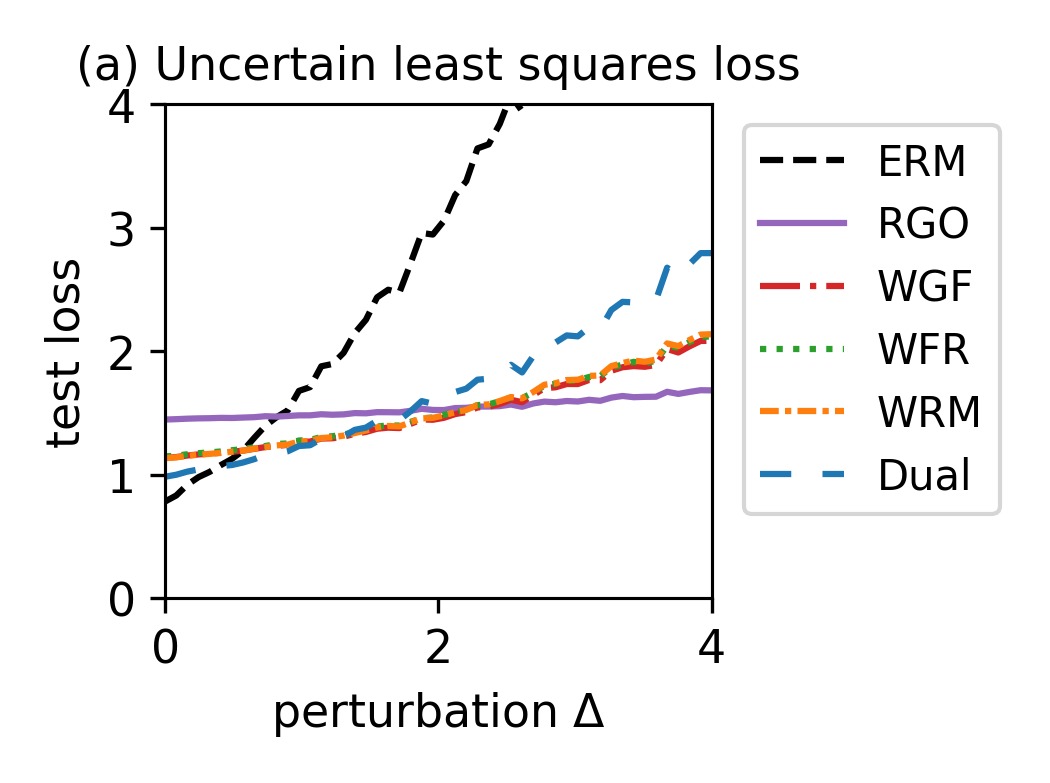
Repository: ZusenXu/GFS-DRO
Script's output: python uncertain_least_squares/uncertain_least_squares.py
The author's editor kept a copy of each file at every save. The script's output is drawn from the files as they stood at one save, then again after the next save.
Random numbers start from a fixed seed.

Above is the script's output before, as saved 2025-09-13 21:12:18.

### uncertain_least_squares/uncertain_least_squares.py
import numpy as np
import matplotlib.pyplot as plt
from scipy.optimize import minimize
from scipy.special import logsumexp

# --- 1. 实验设置与参数定义 ---
# 定义问题的维度
DIM_M = 10  # 矩阵 A 的行数
DIM_N = 10  # 矩阵 A 的列数 (theta 的维度)

# 定义训练/测试样本数量
N_TRAIN_SAMPLES = 10
N_TEST_SAMPLES = 1000

# 定义分布偏移的扰动范围
DELTA_MIN = 0.0
DELTA_MAX = 4.0
DELTA_STEPS = 50

# --- DRO 算法超参数 ---
N_EPOCHS = 50 # 外部优化的迭代轮数
LEARNING_RATE = 0.01 # 外部优化 theta 的学习率
LAMBDA_VAL = 1.0 # 正则化参数 lambda
EPSILON = 0.1 # 熵正则化参数 epsilon
GRAD_CLIP_THRESHOLD = 10.0 # 梯度裁剪阈值，防止梯度爆炸

# RGO (算法2) 特定参数
RGO_SMOOTHNESS_L = 0.5 # 假设的损失函数平滑度 L (需满足 LAMBDA_VAL > L/2)

# WGF (算法3), WFR (算法4), WRM 特定参数
K_INNER_STEPS = 10  # 内部循环迭代次数 K (现在作为基准次数)
INNER_STEP_SIZE = 0.01 # 内部循环步长 eta

# WFR (算法4) 特定参数
M_PARTICLES = 5 # WFR 使用的粒子(样本)数量
WFR_WEIGHT_STEP_SIZE = 0.08 # WFR 权重更新步长 tau

# Dual 方法特定参数
SINKHORN_SAMPLE_LEVEL = 4 # Dual 方法的蒙特卡洛采样级别

# --- 2. 生成固定的问题实例 ---
np.random.seed(42)
A0 = np.random.randn(DIM_M, DIM_N)
A1 = np.random.randn(DIM_M, DIM_N)
b = np.random.randn(DIM_M)

# --- 3. 数据生成函数 ---
def generate_training_data(n_samples):
    return np.random.uniform(-0.5, 0.5, n_samples)

def generate_test_data(n_samples, delta):
    lower_bound = -0.5 * (1 + delta)
    upper_bound = 0.5 * (1 + delta)
    return np.random.uniform(lower_bound, upper_bound, n_samples)

# --- 4. 核心函数定义 ---
def loss_function(theta, z):
    """ 计算单个样本 z 的损失 f_theta(z) """
    A_z = A0 + z * A1
    residual = A_z @ theta - b
    return np.sum(residual**2)/DIM_M

def loss_grad_theta(theta, z):
    """ 计算损失函数关于 theta 的梯度 nabla_theta f_theta(z) """
    A_z = A0 + z * A1
    residual = A_z @ theta - b
    return 2 * A_z.T @ residual

def loss_grad_z(theta, z):
    """ 计算损失函数关于 z 的梯度 nabla_z f_theta(z) """
    residual = (A0 + z * A1) @ theta - b
    grad_A_z = A1 @ theta
    return 2 * residual.T @ grad_A_z

# --- 5. ERM (经验风险最小化) 实现 ---
def erm_objective_function(theta, xi_samples):
    """ 计算 ERM 的目标函数值（平均损失）"""
    total_loss = np.mean([loss_function(theta, xi) for xi in xi_samples])
    return total_loss

def solve_erm(xi_train_samples):
    """ 使用优化器求解 ERM 问题 """
    initial_theta = np.zeros(DIM_N)
    result = minimize(
        erm_objective_function, initial_theta, args=(xi_train_samples,), method='BFGS')
    if not result.success:
        print("警告: ERM 优化过程可能未收敛。")
    return result.x

# --- 6. RGO (算法2) 实现 ---
def solve_rgo(xi_train_samples):
    """ 使用 RGO 算法求解 Sinkhorn DRO """
    theta = np.zeros(DIM_N)

    def rgo_inner_objective(z, xi, current_theta):
        l = loss_function(current_theta, z)
        penalty = np.sum((z - xi)**2)
        return -l / (LAMBDA_VAL * EPSILON) + penalty / EPSILON

    def rgo_inner_objective_grad_z(z, xi, current_theta):
        grad_l_z = loss_grad_z(current_theta, z)
        grad_penalty = 2 * (z - xi)
        return -grad_l_z / (LAMBDA_VAL * EPSILON) + grad_penalty / EPSILON

    for epoch in range(N_EPOCHS):
        grad_accumulator = np.zeros_like(theta)
        for xi in xi_train_samples:
            # Stage 1: 使用梯度下降寻找 z*
            steps = int(max(5, K_INNER_STEPS * (epoch + 1) / N_EPOCHS))
            z_k = xi # 初始化
            for _ in range(steps):
                grad = rgo_inner_objective_grad_z(z_k, xi, theta)
                z_k -= INNER_STEP_SIZE * grad
            z_star = z_k

            # Stage 2: 拒绝采样
            accepted = False
            while not accepted:
                variance = (LAMBDA_VAL * EPSILON) / (2 * LAMBDA_VAL - RGO_SMOOTHNESS_L)
                if variance <= 0: variance = 1e-6
                z_candidate = np.random.normal(z_star, np.sqrt(variance))
                f_val_candidate = rgo_inner_objective(z_candidate, xi, theta)
                f_val_star = rgo_inner_objective(z_star, xi, theta)
                log_accept_prob = -f_val_candidate + f_val_star - ((np.sum((z_candidate - z_star)**2)) / (2*variance))
                if np.log(np.random.rand()) < log_accept_prob:
                    accepted_sample = z_candidate
                    accepted = True
            grad_accumulator += loss_grad_theta(theta, accepted_sample)

        avg_grad = grad_accumulator / len(xi_train_samples)
        grad_norm = np.linalg.norm(avg_grad)
        if grad_norm > GRAD_CLIP_THRESHOLD:
            avg_grad = avg_grad * GRAD_CLIP_THRESHOLD / grad_norm
        theta -= LEARNING_RATE * avg_grad

    return theta

# --- 7. Wasserstein Gradient Flow (WGF) 实现 (基于算法3) ---
def solve_wgf(xi_train_samples):
    """ 使用 Wasserstein Gradient Flow (WGF) 求解 Sinkhorn DRO """
    theta = np.zeros(DIM_N)

    def f_bar_grad_z(z, xi, current_theta):
        grad_f = loss_grad_z(current_theta, z)
        return grad_f - 2 * LAMBDA_VAL * (z - xi)

    for epoch in range(N_EPOCHS):
        grad_accumulator = np.zeros_like(theta)
        for xi in xi_train_samples:
            z_k = xi
            steps = int(max(5, K_INNER_STEPS * (epoch + 1) / N_EPOCHS))
            for _ in range(steps):
                noise = np.random.normal(0, 1)
                grad = f_bar_grad_z(z_k, xi, theta)
                z_k += INNER_STEP_SIZE * grad + np.sqrt(2 * INNER_STEP_SIZE * LAMBDA_VAL * EPSILON) * noise
            grad_accumulator += loss_grad_theta(theta, z_k)

        avg_grad = grad_accumulator / len(xi_train_samples)
        grad_norm = np.linalg.norm(avg_grad)
        if grad_norm > GRAD_CLIP_THRESHOLD:
            avg_grad = avg_grad * GRAD_CLIP_THRESHOLD / grad_norm
        theta -= LEARNING_RATE * avg_grad

    return theta

# --- 8. WFR Flow (算法4) 实现 ---
def solve_wfr(xi_train_samples):
    """ 使用 WFR Flow 求解 Sinkhorn DRO """
    theta = np.zeros(DIM_N)

    def f_bar(z, xi, current_theta):
         return loss_function(current_theta, z) - LAMBDA_VAL * np.sum((z-xi)**2)

    def f_bar_grad_z(z, xi, current_theta):
        grad_f = loss_grad_z(current_theta, z)
        return grad_f - 2 * LAMBDA_VAL * (z - xi)

    for epoch in range(N_EPOCHS):
        grad_accumulator = np.zeros_like(theta)
        for xi in xi_train_samples:
            particles = np.full(M_PARTICLES, xi)
            weights = np.full(M_PARTICLES, 1.0 / M_PARTICLES)

            steps = int(max(5, K_INNER_STEPS * (epoch + 1) / N_EPOCHS))
            for _ in range(steps):
                for i in range(M_PARTICLES):
                    noise = np.random.normal(0, 1)
                    grad = f_bar_grad_z(particles[i], xi, theta)
                    particles[i] += INNER_STEP_SIZE * grad + np.sqrt(2 * INNER_STEP_SIZE * LAMBDA_VAL * EPSILON) * noise
                    f_bar_val = f_bar(particles[i], xi, theta)
                    weights[i] = (weights[i]**(1 - LAMBDA_VAL * EPSILON * WFR_WEIGHT_STEP_SIZE)) * np.exp(WFR_WEIGHT_STEP_SIZE * f_bar_val)

                sum_weights = np.sum(weights)
                if sum_weights > 1e-8: weights /= sum_weights
                else: weights = np.full(M_PARTICLES, 1.0 / M_PARTICLES)

            weighted_grad = np.sum([w * loss_grad_theta(theta, z) for w, z in zip(weights, particles)], axis=0)
            grad_accumulator += weighted_grad

        avg_grad = grad_accumulator / len(xi_train_samples)
        grad_norm = np.linalg.norm(avg_grad)
        if grad_norm > GRAD_CLIP_THRESHOLD:
            avg_grad = avg_grad * GRAD_CLIP_THRESHOLD / grad_norm
        theta -= LEARNING_RATE * avg_grad

    return theta

# --- 9. WRM (Wasserstein Robust Method) 实现 ---
def solve_wrm(xi_train_samples):
    """ 使用 WRM (确定性内部优化) 求解 """
    theta = np.zeros(DIM_N)

    def f_bar_grad_z(z, xi, current_theta):
        grad_f = loss_grad_z(current_theta, z)
        return grad_f - 2 * LAMBDA_VAL * (z - xi)

    for epoch in range(N_EPOCHS):
        grad_accumulator = np.zeros_like(theta)
        for xi in xi_train_samples:
            z_k = xi
            steps = int(max(5, K_INNER_STEPS * (epoch + 1) / N_EPOCHS))
            for _ in range(steps):
                grad = f_bar_grad_z(z_k, xi, theta)
                z_k += INNER_STEP_SIZE * grad

            grad_accumulator += loss_grad_theta(theta, z_k)

        avg_grad = grad_accumulator / len(xi_train_samples)
        grad_norm = np.linalg.norm(avg_grad)
        if grad_norm > GRAD_CLIP_THRESHOLD:
            avg_grad = avg_grad * GRAD_CLIP_THRESHOLD / grad_norm
        theta -= LEARNING_RATE * avg_grad

    return theta

# --- 10. Dual Method (对偶方法) 实现 ---
def solve_dual(xi_train_samples):
    """ 使用对偶方法求解 Sinkhorn DRO """
    theta = np.zeros(DIM_N)

    levels = np.arange(SINKHORN_SAMPLE_LEVEL + 1)
    numerators = 2.0**(-levels)
    denominator = 2.0 - 2.0**(-SINKHORN_SAMPLE_LEVEL)
    probabilities = numerators / denominator

    for _ in range(N_EPOCHS):
        grad_accumulator = np.zeros_like(theta)
        for xi in xi_train_samples:
            sampled_level = np.random.choice(levels, p=probabilities)
            m = 2**sampled_level
            noise = np.random.randn(m) * np.sqrt(EPSILON)
            z_samples = xi + noise
            v = np.array([loss_function(theta, z) for z in z_samples]) / (LAMBDA_VAL * EPSILON)
            weights = np.exp(v - np.max(v))
            weights /= np.sum(weights)
            grads_per_sample = np.array([loss_grad_theta(theta, z) for z in z_samples])
            weighted_grad = np.sum(weights[:, np.newaxis] * grads_per_sample, axis=0)
            grad_accumulator += weighted_grad

        avg_grad = grad_accumulator / len(xi_train_samples)
        grad_norm = np.linalg.norm(avg_grad)
        if grad_norm > GRAD_CLIP_THRESHOLD:
            avg_grad = avg_grad * GRAD_CLIP_THRESHOLD / grad_norm
        theta -= LEARNING_RATE * avg_grad

    return theta

# --- 11. 实验执行与评估 ---
def run_experiment():
    """ 执行完整的实验流程 """
    xi_train = generate_training_data(N_TRAIN_SAMPLES)

    print("正在求解 ERM 模型...")
    theta_erm = solve_erm(xi_train)
    print("正在求解 RGO 模型...")
    theta_rgo = solve_rgo(xi_train)
    print("正在求解 WGF 模型...")
    theta_wgf = solve_wgf(xi_train)
    print("正在求解 WFR 模型...")
    theta_wfr = solve_wfr(xi_train)
    print("正在求解 WRM 模型...")
    theta_wrm = solve_wrm(xi_train)
    print("正在求解 Dual 模型...")
    theta_dual = solve_dual(xi_train)
    print("所有模型求解完成。")

    delta_values = np.linspace(DELTA_MIN, DELTA_MAX, DELTA_STEPS)
    results = {'ERM': [], 'RGO': [], 'WGF': [], 'WFR': [], 'WRM': [], 'Dual': []}
    models = {
        'ERM': theta_erm, 'RGO': theta_rgo, 'WGF': theta_wgf,
        'WFR': theta_wfr, 'WRM': theta_wrm, 'Dual': theta_dual
    }

    print("正在评估所有模型...")
    for delta in delta_values:
        xi_test = generate_test_data(N_TEST_SAMPLES, delta)
        for name, theta in models.items():
            test_loss = erm_objective_function(theta, xi_test)
            results[name].append(test_loss)

    print("评估完成。")
    return delta_values, results

# --- 12. 结果可视化 ---
def plot_results(delta_values, results):
    """ 绘制所有模型损失随扰动 delta 变化的曲线 """
    fig, ax = plt.subplots(figsize=(3.5, 2.613), dpi=300)

    styles = {
        'ERM': {'color': 'k', 'linestyle': '--'},
        'RGO': {'color': '#9467bd', 'linestyle': '-'},
        'WGF': {'color': '#d62728', 'linestyle': '-.'},
        'WFR': {'color': '#2ca02c', 'linestyle': ':'},
        'WRM': {'color': '#ff7f0e', 'linestyle': (0, (3, 1, 1, 1))}, # orange, dashdotdot
        'Dual': {'color': '#1f77b4', 'linestyle': (0, (5, 5))} # blue, dashed
    }

    for name, losses in results.items():
        ax.plot(delta_values, losses, linewidth=1.5, label=name, **styles[name])

    ax.set_title('(a) Uncertain least squares loss', fontsize=11)
    ax.set_xlabel('perturbation $\Delta$', fontsize=11)
    ax.set_ylabel('test loss', fontsize=11)
    ax.tick_params(axis='both', which='major', labelsize=11)
    for spine in ax.spines.values():
        spine.set_linewidth(0.75)
    ax.set_xlim(0, 4)
    ax.set_ylim(0, 4)
    ax.grid(False)
    ax.legend(fontsize=10)
    ax.legend(loc='upper left', bbox_to_anchor=(1.02, 1))
    plt.tight_layout()
    plt.savefig('uncertain_least_squares_results.png', dpi=300)
    plt.show()

# --- 主程序入口 ---
if __name__ == '__main__':
    with np.errstate(all='ignore'):
        delta_vals, all_results = run_experiment()
        plot_results(delta_vals, all_results)

After the next save:
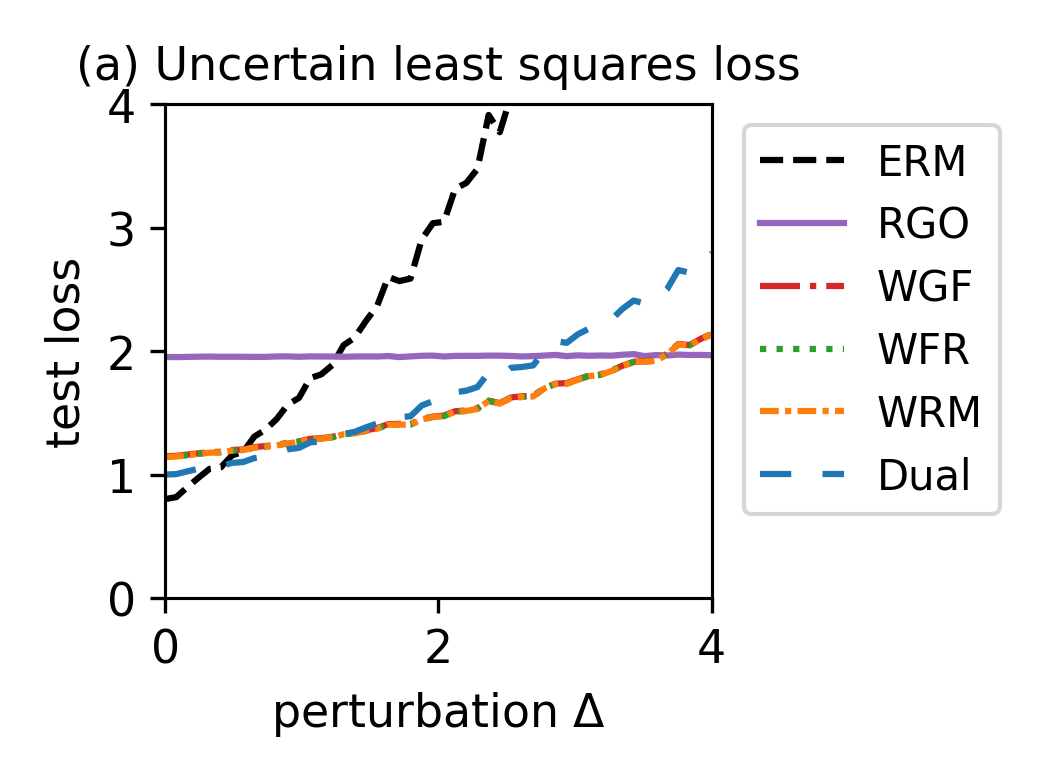
Saved 33 s later.
--- a/uncertain_least_squares/uncertain_least_squares.py
+++ b/uncertain_least_squares/uncertain_least_squares.py
@@ -20,7 +20,7 @@ DELTA_STEPS = 50
 # --- DRO 算法超参数 ---
 N_EPOCHS = 50 # 外部优化的迭代轮数
 LEARNING_RATE = 0.01 # 外部优化 theta 的学习率
-LAMBDA_VAL = 1.0 # 正则化参数 lambda
+LAMBDA_VAL = 0.1 # 正则化参数 lambda
 EPSILON = 0.1 # 熵正则化参数 epsilon
 GRAD_CLIP_THRESHOLD = 10.0 # 梯度裁剪阈值，防止梯度爆炸
 
